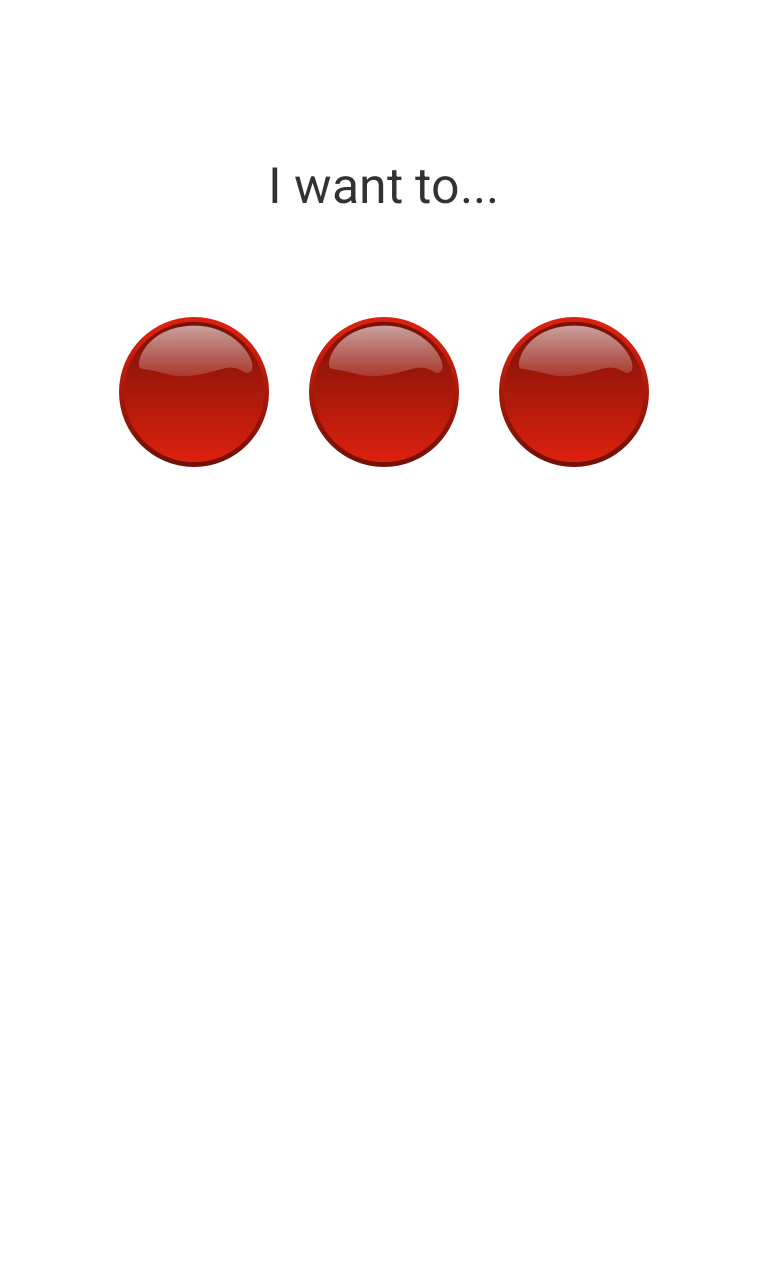
Repository: sbobra/women-startupweekend-sf
Layout: LaundryList/res/layout/activity_goal2.xml
These files come from the project's save history. The layout is drawn as it stood at one moment and after the next save; the edit follows.
It is drawn on a 768 x 1280 px phone screen (xhdpi) without system bars, with theme AppTheme; the app's code is not run.

Above is the layout before, as saved 2013-09-15 04:43:51.

After the next save:
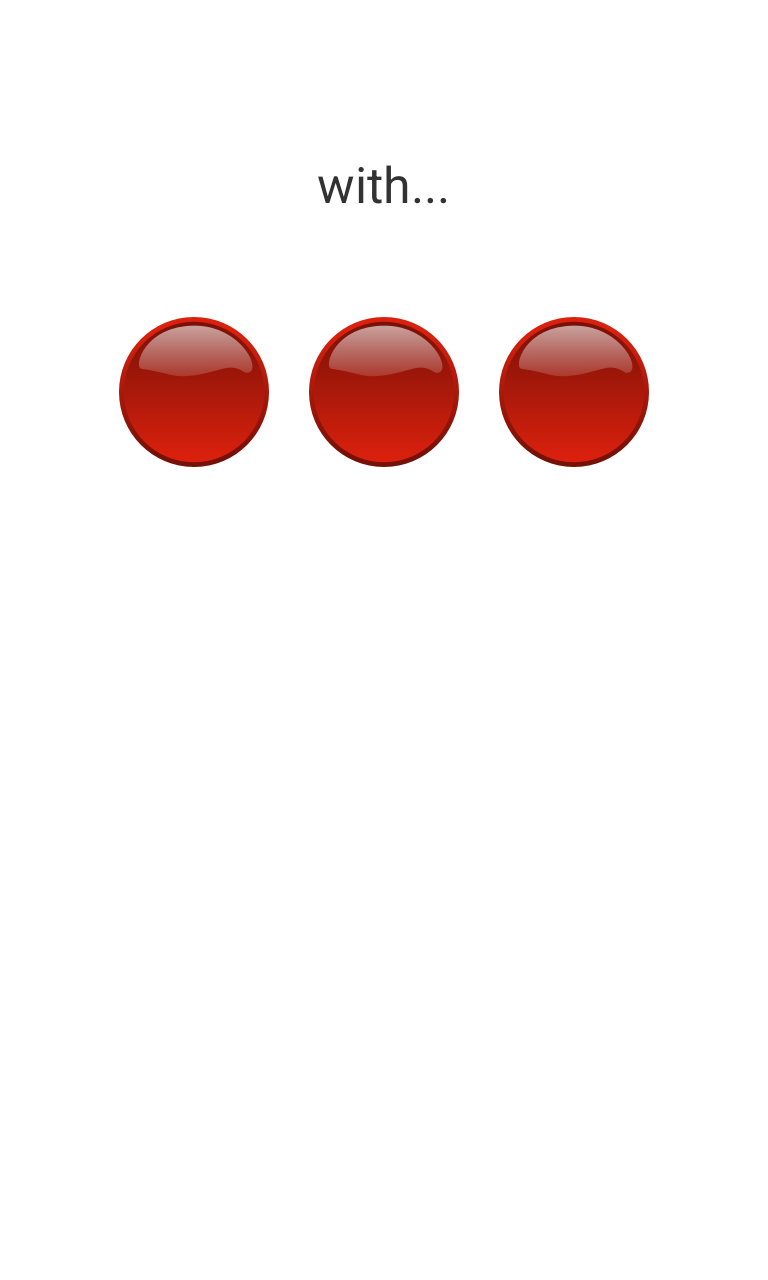
Saved 14 s later.
--- a/LaundryList/res/layout/activity_goal2.xml
+++ b/LaundryList/res/layout/activity_goal2.xml
@@ -11,7 +11,7 @@
         android:layout_height="wrap_content"
         android:layout_gravity="center"
         android:layout_marginTop="75dp"
-        android:text="I want to..."
+        android:text="with..."
         android:textSize="25sp" />
 
     <LinearLayout
